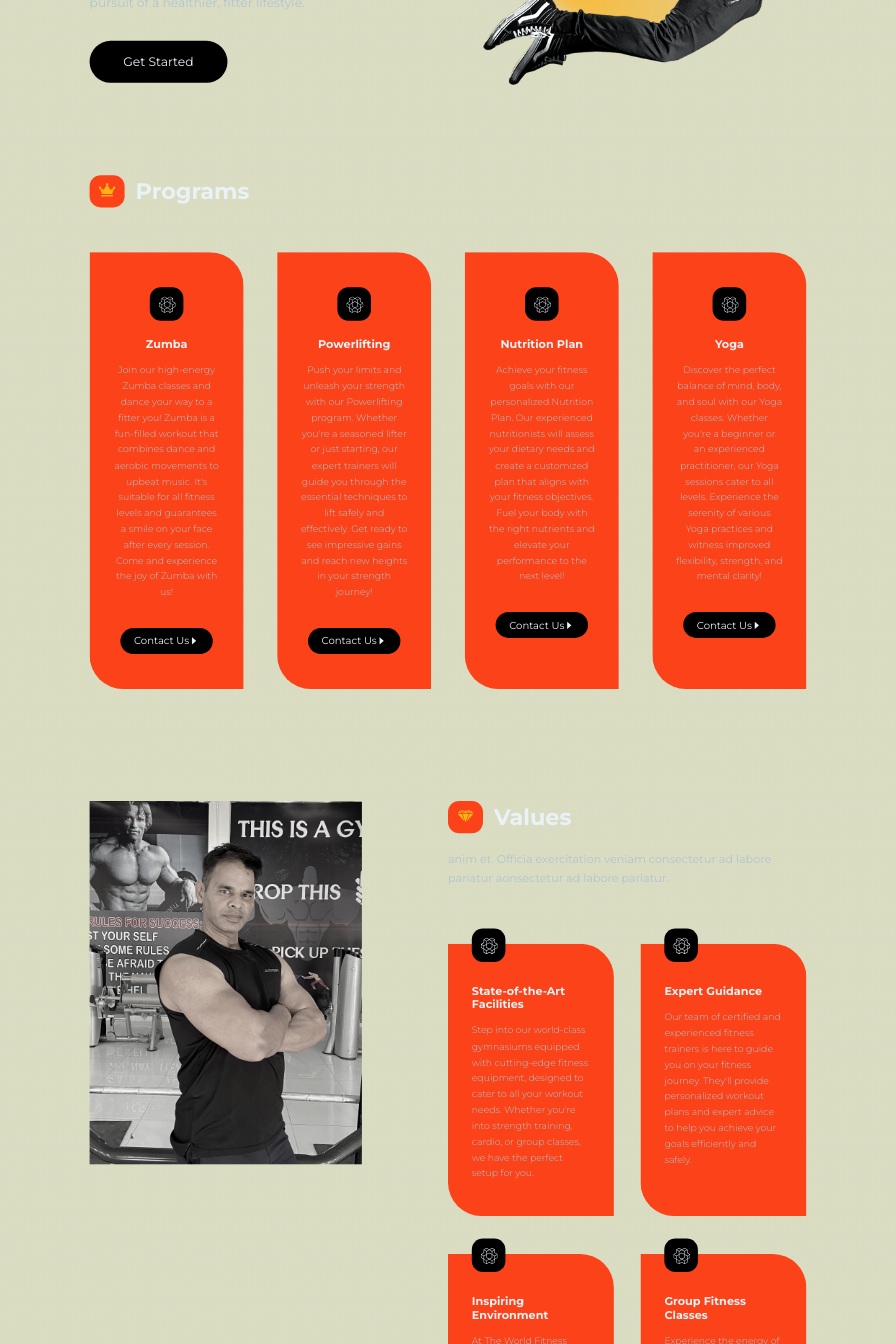
Repository: aryaMode/gym-portfolio
Page: /
The author's editor kept a copy of each file at every save. The page is drawn from the files as they stood at one save, then again after the next save.
The browser window is 1280 px wide. The pictures show the part of the page from y = 526 to 2446 px (the page is 4873 px tall), at 70% of full size.
The project was rebuilt for these pictures with package versions that can differ from the ones it lists, and the page was loaded fresh each time. Also part of the build but not shown: src/pages/about/about.css, src/components/Header.jsx, src/pages/about/About.jsx, src/pages/contact/contact.css, src/pages/contact/Contact.jsx, src/pages/gallery/gallery.css, src/pages/gallery/Gallery.jsx, src/pages/notFound/notFound.css and 6 more.

Above is the page before, as saved 2023-07-20 17:44:50.

After the next save:
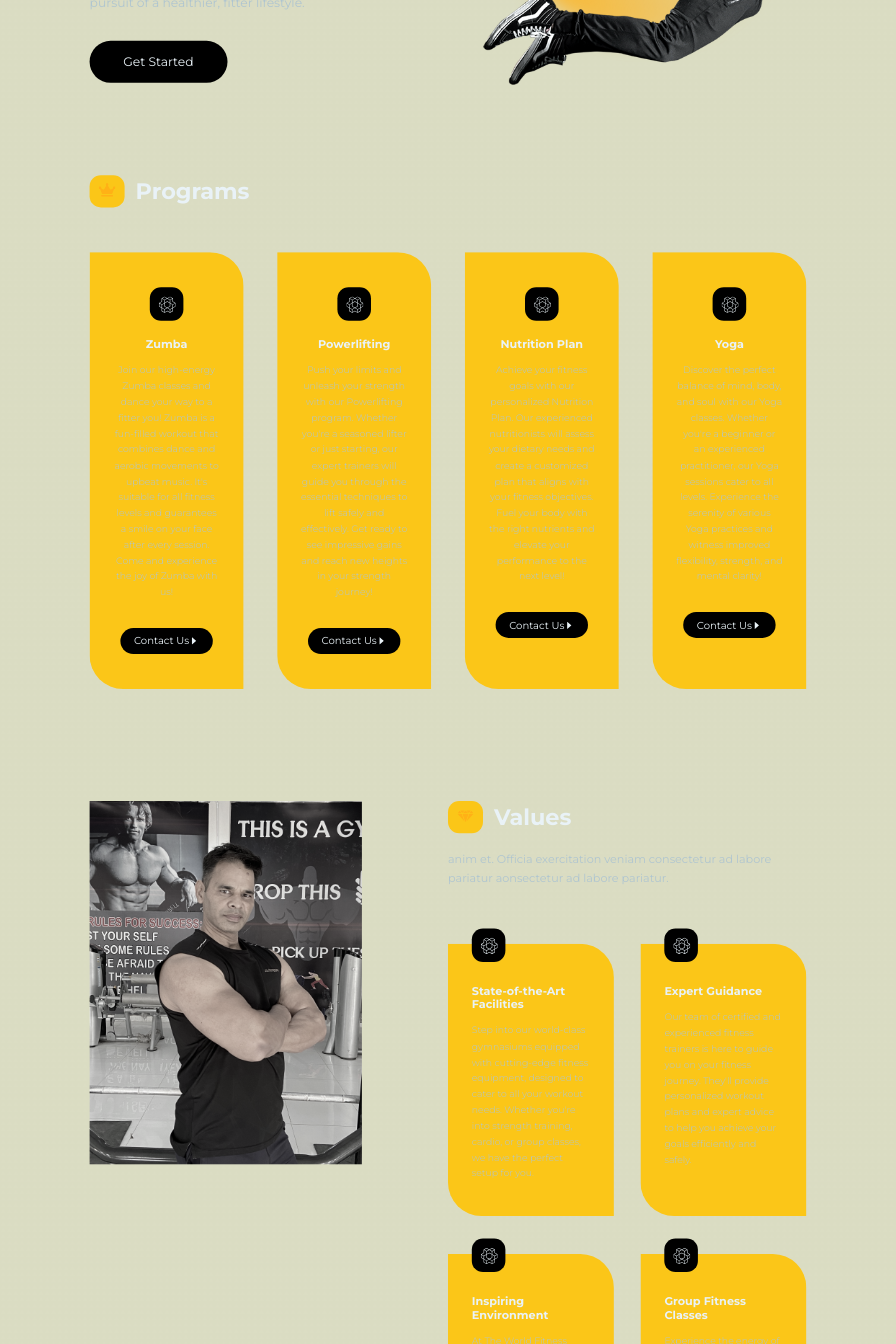
Saved 12 s later.
--- a/src/index.css
+++ b/src/index.css
@@ -21,7 +21,7 @@
     --color-gray-200: hsl(var(--gray-hue), 26%, 75%);
     --color-gray-300: hsl(var(--gray-hue), 24%, 64%);
     --color-gray-400: hsl(var(--gray-hue), 16%, 41%);
-    --color-gray-500: hsl(11, 97%, 54%);
+    --color-gray-500: hsl(46, 97%, 54%);
     --color-gray-600: hsl(var(--gray-hue), 48%, 15%);
 
     --container-width-lg: 80%;
